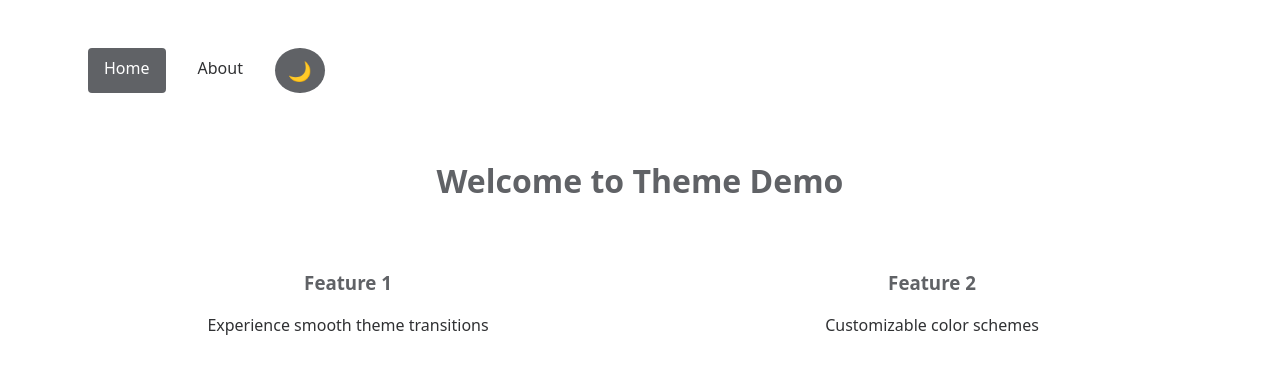
Repository: krislorem/multi
Page: /
These files come from the project's save history. The page is drawn as it stood at one moment and after the next save; the edit follows.
The browser window is 1280 px wide. The pictures show the whole page.
The project was rebuilt for these pictures with package versions that can differ from the ones it lists, and the page was loaded fresh each time. Also part of the build but not shown: vite.config.ts.

Above is the page before, as saved 2025-02-12 20:07:42.

After the next save:
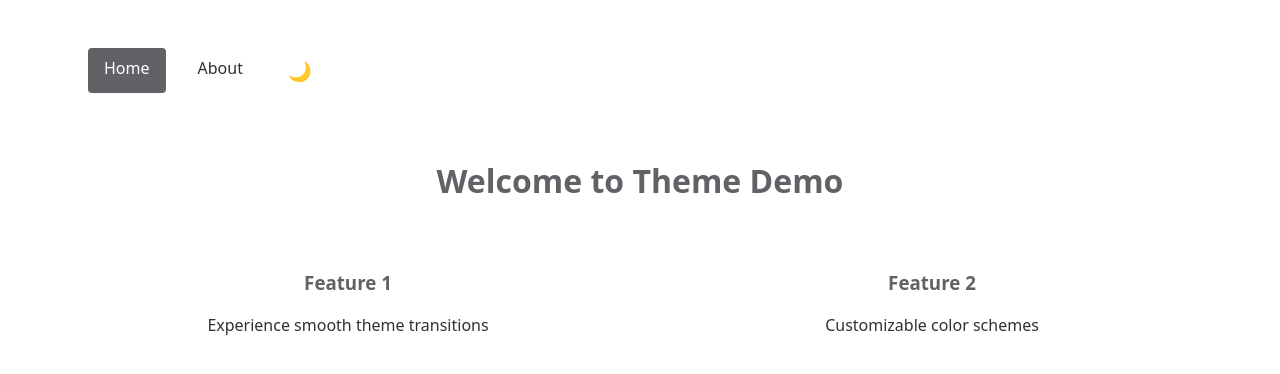
Saved 55 s later.
--- a/src/components/ThemeSwitcher.vue
+++ b/src/components/ThemeSwitcher.vue
@@ -91,7 +91,7 @@ onMounted(() => {
 
 <style lang="scss">
 .theme-switcher {
-  background: var(--primary-color);
+  background: transparent;
   border: none;
   padding: 0.8rem;
   border-radius: 50%;
